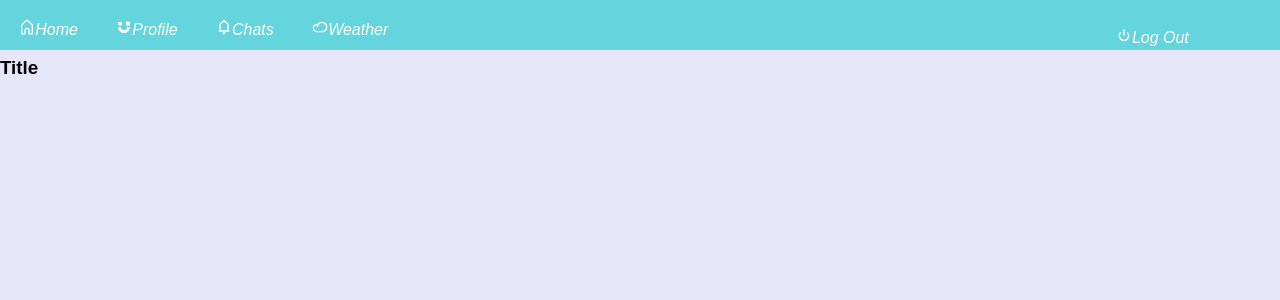
Repository: deriksadiki/react-routes-v6
Page: /weather
These files come from the project's save history. The page is drawn as it stood at one moment and after a run of saves; the edit follows.
The browser window is 1280 px wide. The pictures show the whole page.
The project was rebuilt for these pictures with package versions that can differ from the ones it lists, and the page was loaded fresh each time. Also part of the build but not shown: src/Components/topbar/OfflineNav.js, src/App.css, src/Components/Home/Home.js, src/Components/Login/Login.js, src/Components/Profile/Profile.js, src/Components/SIgnup/SIgnup.js, src/Auth/Routes.js.

Above is the page before, as saved 2021-11-19 19:23:36.

### src/App.js
import Topbar from './Components/topbar/Topbar';
import './App.css';
import AuthRoutes from './Auth/Routes';


//functional programing
function App() {
  return (

    <Topbar/>
  );
}

export default App;

### src/Components/topbar/Topbar.js

import "./topbar.css";
import Navigation from "./Navigation";
import MobileTopBar from './MobileTopBar';
export default function Topbar(){

    return(
      <nav className='Topbar'>
           <Navigation/>,
           <MobileTopBar/>
      </nav>
    );
}

### src/Components/topbar/topbar.css
/*Mobile*/

@media (max-width: 900px) {
  .Navigation{
    display: none;
  }
  .MobileTopBar{
    display: flex;
    background: rgb(100,212,221);
    align-items: center;
    width: 100%;
    height: 60px;
    position: fixed;
    top: 0;
    left: 0;
    border-bottom: white 1px ridge;
  }
  .MobileTopBar .menubtn{
    position: absolute;
    right: 5%;
    padding: 8px;
    cursor: pointer;
    font-size: 1.5rem;
  }
  .MobileTopBar .closebtn{
    position: absolute;
    right: 5%;
    padding: 8px;
    cursor: pointer;
    font-size: 1.5rem;
  }
  .MobileTopBar .fa-bars:hover{
    color: blueviolet;
    background: white;
  }
  .MobileTopBar span i{
    color: rgb(255, 254, 254);
    font-size: 1rem;
    padding: 10px;
  }
  .MobileTopBar span h4{
    color: antiquewhite;
    font-size:1rem
  }
  .MobileTopBar .linksContainer {
    display: flex;
    flex-direction: column;
    top: 60px;
    position: absolute;
    left: 0;
    padding: 8px;
    background: #181818;
    width: 100%;
  }
}
/*Computer screen*/
.Navigation{
  width: 100%;
  background: rgb(100,212,221);
  height: 50px;
  top: 0;
  position: fixed;
  left: 0;
}
/*Break none*/
.Navigation .linksContainer br{
  display: none;
}
/*Icons*/
.Navigation span i{
  display: inline-block;
  margin: 1.5vw;
  color: white;
  font-size: 1rem;
}
.Navigation span i:hover{
  border-bottom: 2px solid rgb(255, 255, 255);
  color:black;
  }

/*Sign out button*/
.Navigation .linksContainer .signout{
  position: absolute;
  right: 5%;
  padding: 8px;
  font-size: 1rem;
}

### src/Components/topbar/Navigation.js
import "./topbar.css";

import NavLinks from "./NavbarLinks";
export default function Navigation(){

    return(
        <nav className='Navigation'>
        <NavLinks/>
        </nav>
        )}

### src/Components/topbar/MobileTopBar.js
import "./topbar.css";
import { useState } from "react";
//Icons
import {CgMenuRound} from "react-icons/cg";
import {CgClose} from "react-icons/cg";
import NavLinks from "./NavbarLinks";

export default function MobileTopBar(){

//Toggle close and open Nav For mobile
const [open, setOpen] = useState(false);
const openMenu = <CgMenuRound className='menubtn' onClick={() => setOpen(!open)}/>
const closeMenu = <CgClose className="closebtn" onClick={() => setOpen(!open)}/>
const closeMobileMenu = () => setOpen(false);

    return(
        <nav className='MobileTopBar'>
        {open ? closeMenu: openMenu}
        { open && <NavLinks isMobile={true} closeMobileMenu={closeMobileMenu}/>}
        <div className="titleContent"><h3>Title</h3></div>
        </nav>
 )}

### src/Components/topbar/NavbarLinks.js
import RouteLinks from "./RouteLinks";
import OfflineNav from "./OfflineNav";
import { BrowserRouter as Router, Route, Routes } from 'react-router-dom'
import React, { useState } from 'react'


const NavbarLinks = () =>{
    const [loginState, setLoginState] = useState(true)

        return(
            <Router>
                {
                    loginState ?
                    <Routes>
                    <Route exact path="*" element={<RouteLinks/>}/>
                </Routes>
                :
                    <Routes>
                        <Route exact path="*" element={<OfflineNav/>}/>

                    </Routes>
    }
            </Router>
        )
    }

    export default NavbarLinks;

### src/Components/Home/home.css
body{
    font-family: 'Nunito', sans-serif;
  }
  .page {
      height: 140px;
      background: rgba(0, 204, 204, 0.651);
      position:inherit;
      margin-bottom: 30px;
   }
  .page .fa-search{
    font-size: 1.5rem;
    margin: 5px;
    cursor: pointer;
      position: absolute;
      top: 90px;
      right: 10px;

  }
  #friends{
    height: 270px;
    position:inherit;
    border-bottom:purple ridge 1px;
    margin: 0 auto;
    max-width: 800px;
    padding: 0 20px;
  }
  #friends h3{
  margin: 4px;
  }
  #friends ul li{
    list-style: none;
    font-size: 15px;
    margin: 5px;
    padding: 5px;
    cursor: pointer;
  }
  #friends .fa-user-circle{
    margin: 5px;
    font-size: 1.5rem;
  }
  .page .fa-search:hover{
  color: white;
  }
  .page input{
     background:purple;
     padding: 5px;
     margin: 5px;
     color: white;
     width: 80%;

  }
  .page input::placeholder{
    color:white ;
  }
  .page h1{
    color: rgb(255, 255, 255);
    margin: 5px;
  }
   body {
     background-color: lavender;
   }

   @media screen and (min-width: 400px) {
     body {
       background-color: lavender   }
   }

   @media screen and (min-width: 800px) {
     body {
       background-color: lavender;
     }
   }

### src/Components/topbar/RouteLinks.js
import React from 'react'
import '../topbar/topbar.css'
import {NavLink} from 'react-router-dom'
import {CgCloud, CgHome} from "react-icons/cg";
import {CgUserlane} from "react-icons/cg";
import {CgBell} from "react-icons/cg";
import {CgToolbox} from "react-icons/cg";
import {CgLogOff} from "react-icons/cg";
function RouteLinks(props) {
    return (
        <div>
            <div className="linksContainer">

                    <NavLink to="/home" activeStyle={{color: 'black'}} exact onClick={() => props.isMobile && props.closeMobileMenu()}><span><i><CgHome/>Home</i></span>
                    </NavLink>
                    <br></br>
                    <NavLink to="/profile" activeStyle={{color: 'black'}} onClick={() => props.isMobile && props.closeMobileMenu()} ><span><i ><CgUserlane/>Profile</i></span>
                    </NavLink>
                    <br></br>
                    <NavLink to="/chat" activeStyle={{color: 'black'}} onClick={() => props.isMobile && props.closeMobileMenu()} ><span><i><CgBell/>Chats</i></span>
                    </NavLink>
                    <br></br>
                    <NavLink to="/weather" activeStyle={{color: 'black'}} onClick={() => props.isMobile && props.closeMobileMenu()} ><span><i><CgCloud />Weather</i></span>
                    </NavLink>
                    <br></br>
                    <NavLink to="/signin" activeStyle={{color: 'black'}} onClick={() => props.isMobile && props.closeMobileMenu()} ><span className="signout"><i><CgLogOff />Log Out</i></span>
                    </NavLink>
                    </div>
        </div>
    )
}

export default RouteLinks

Loaded but not shown: public/index.html (common file); src/index.js (common file); src/index.css (common file)

After the next 2 saves:
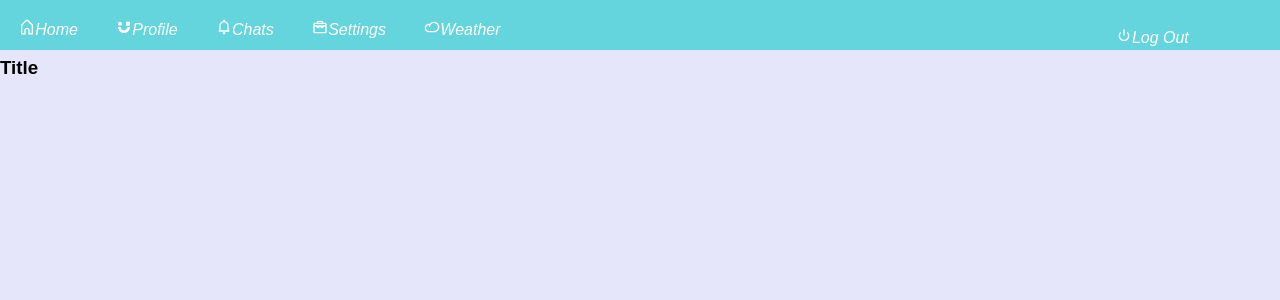
The 2 saves are shown as one change because they came seconds apart.
The last was saved 16 s later.
--- a/src/Components/topbar/RouteLinks.js
+++ b/src/Components/topbar/RouteLinks.js
@@ -20,6 +20,9 @@ function RouteLinks(props) {
                     <NavLink to="/chat" activeStyle={{color: 'black'}} onClick={() => props.isMobile && props.closeMobileMenu()} ><span><i><CgBell/>Chats</i></span>
                     </NavLink>
                     <br></br>
+                    <NavLink to="/messages" activeStyle={{color: 'black'}} onClick={() => props.isMobile && props.closeMobileMenu()} ><span><i><CgToolbox />Settings</i></span>
+                    </NavLink>
+                    <br></br>
                     <NavLink to="/weather" activeStyle={{color: 'black'}} onClick={() => props.isMobile && props.closeMobileMenu()} ><span><i><CgCloud />Weather</i></span>
                     </NavLink>
                     <br></br>
